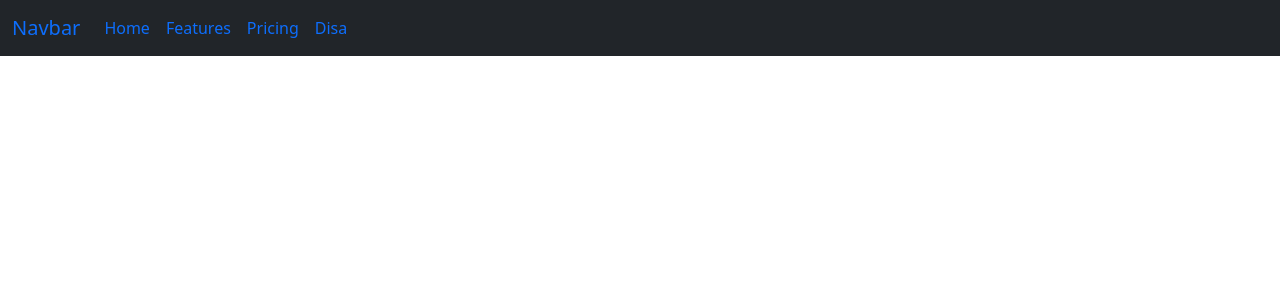
Repository: uditjain100/Flask2021
Page: http://localhost/
An editor plug-in stored every save of this project. The page is shown before and after the next save, followed by the edit.
The browser window is 1280 px wide. The pictures show the whole page.
The page is served by the project's application, run on Flask 3 (app.py).

Above is the page before, as saved 2021-03-21 00:45:31.

After the next save:
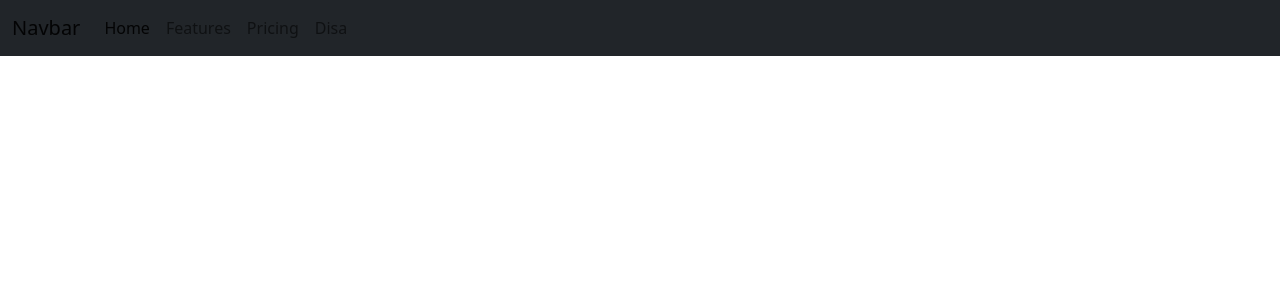
Saved 14 s later.
--- a/templates/index.html
+++ b/templates/index.html
@@ -16,7 +16,7 @@
     <title>My App</title>
   </head>
   <body>
-    <nav class="navbar navbar-expand-lg text-light bg-dark">
+    <nav class="navbar navbar-expand-lg navbar-light bg-dark">
       <div class="container-fluid">
         <a class="navbar-brand" href="#">Navbar</a>
         <button
